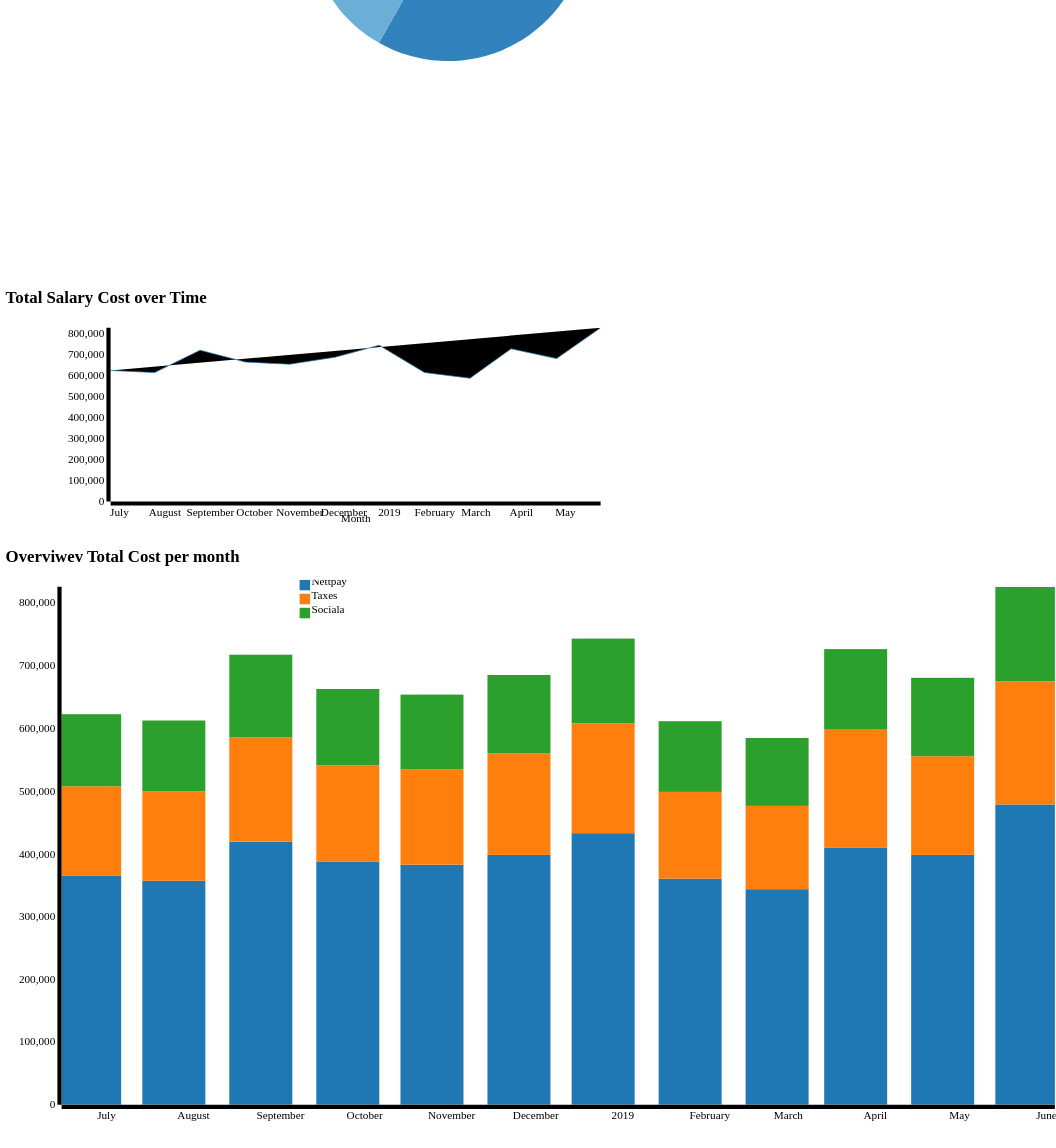
Repository: Code-Institute-Submissions/danfiliphoff-Milestoneproject-2
Page: index.html
The author's editor kept a record of every edit. The page is drawn from the files as they stood at one moment, then again after the next edit.
The browser window is 1280 px wide. The page is 1508 px wide, so the pictures cover 1508 px, including what lies to the right of the window. The pictures show the part of the page from y = 706 to 2346 px (the page is 2346 px tall), at 70% of full size.

Above is the page before.

After the next edit:
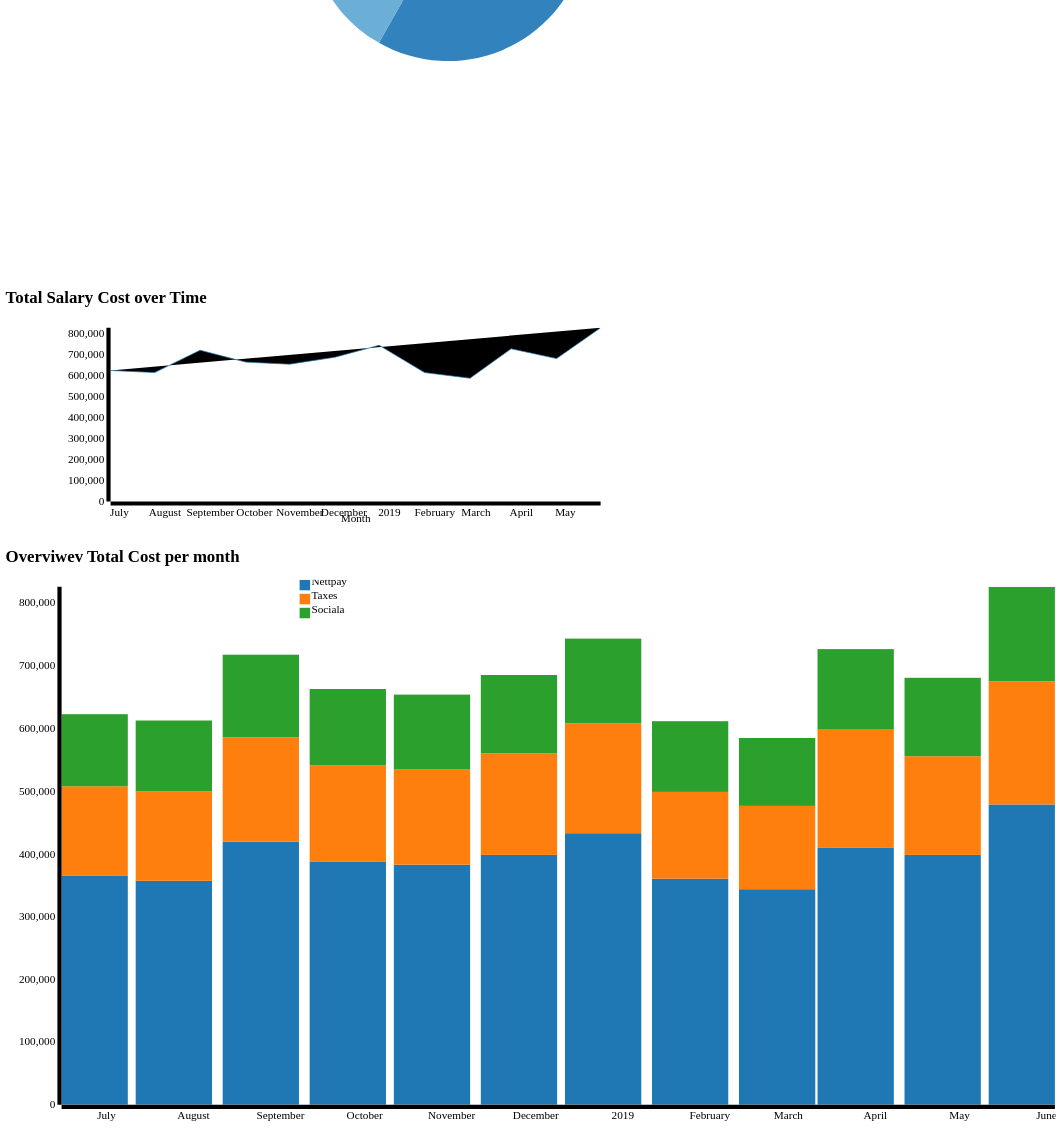
The edit:
--- a/static/js/total.cost.js
+++ b/static/js/total.cost.js
@@ -69,7 +69,7 @@
             .centerBar(true)
             .x(d3.time.scale().domain([minDate,maxDate]))
             .xUnits(d3.time.months)
-            .barPadding(0.3)/*adjusts with of each bar*/
+           /* .barPadding(0.3)/*adjusts with of each bar*/
             .legend(dc.legend().x(420).y(0).itemHeight(15).gap(5));
 
 
